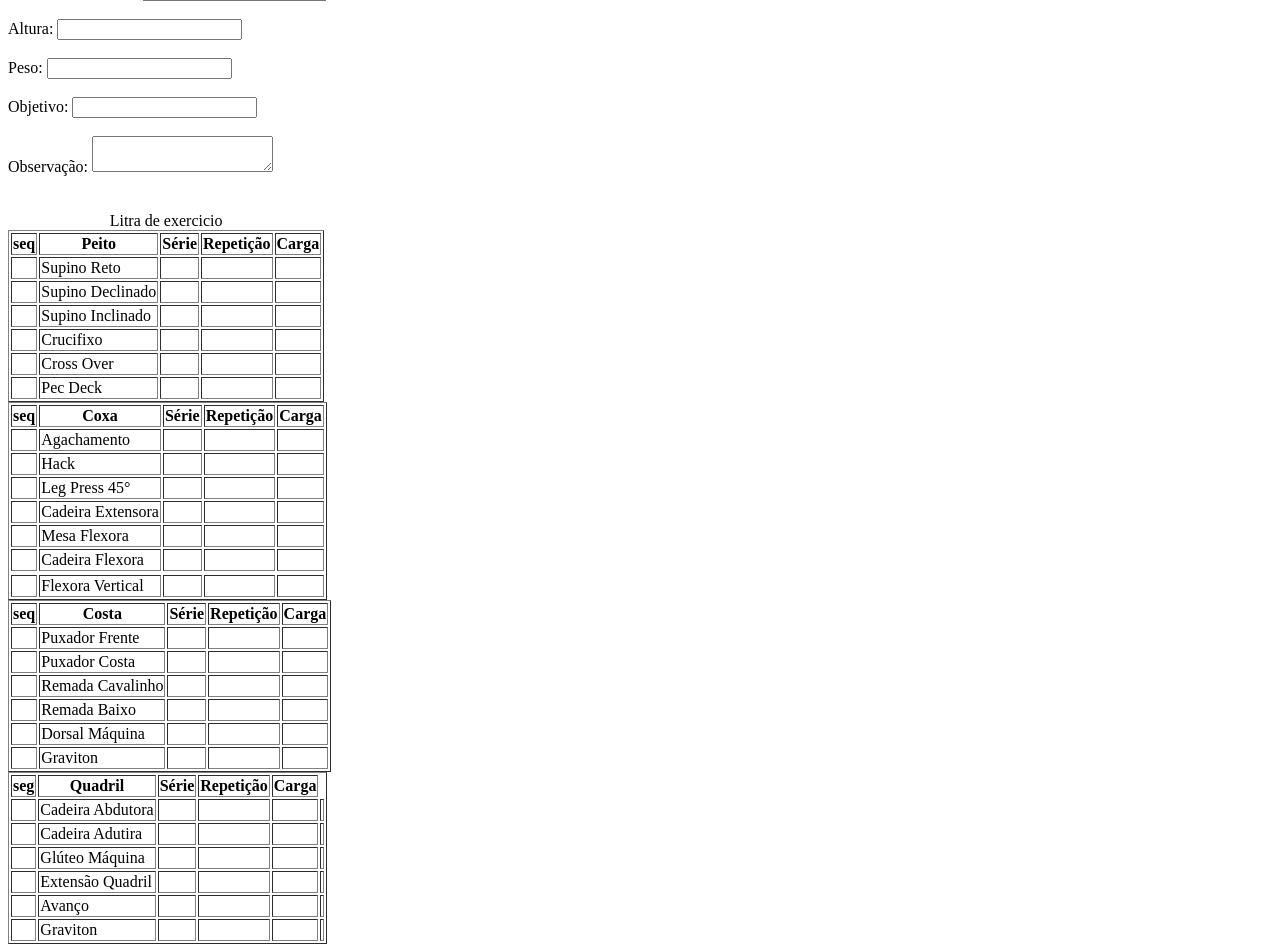
Repository: luisjonson/ProjetoWebAcademia
Page: Projeto_Web/RepositorioWebProject/WebContent/FichaAluno.html
The author's editor kept a copy of each file at every save. The page is drawn from the files as they stood at one save, then again after the next save.
The browser window is 1280 px wide. The pictures show the part of the page from y = 470 to 1422 px (the page is 1422 px tall before and 1406 px after).
A picture or video elsewhere on the page could not be fetched, so the positions and the page height are approximate.

Above is the page before, as saved 2017-04-06 01:33:42.

After the next save:
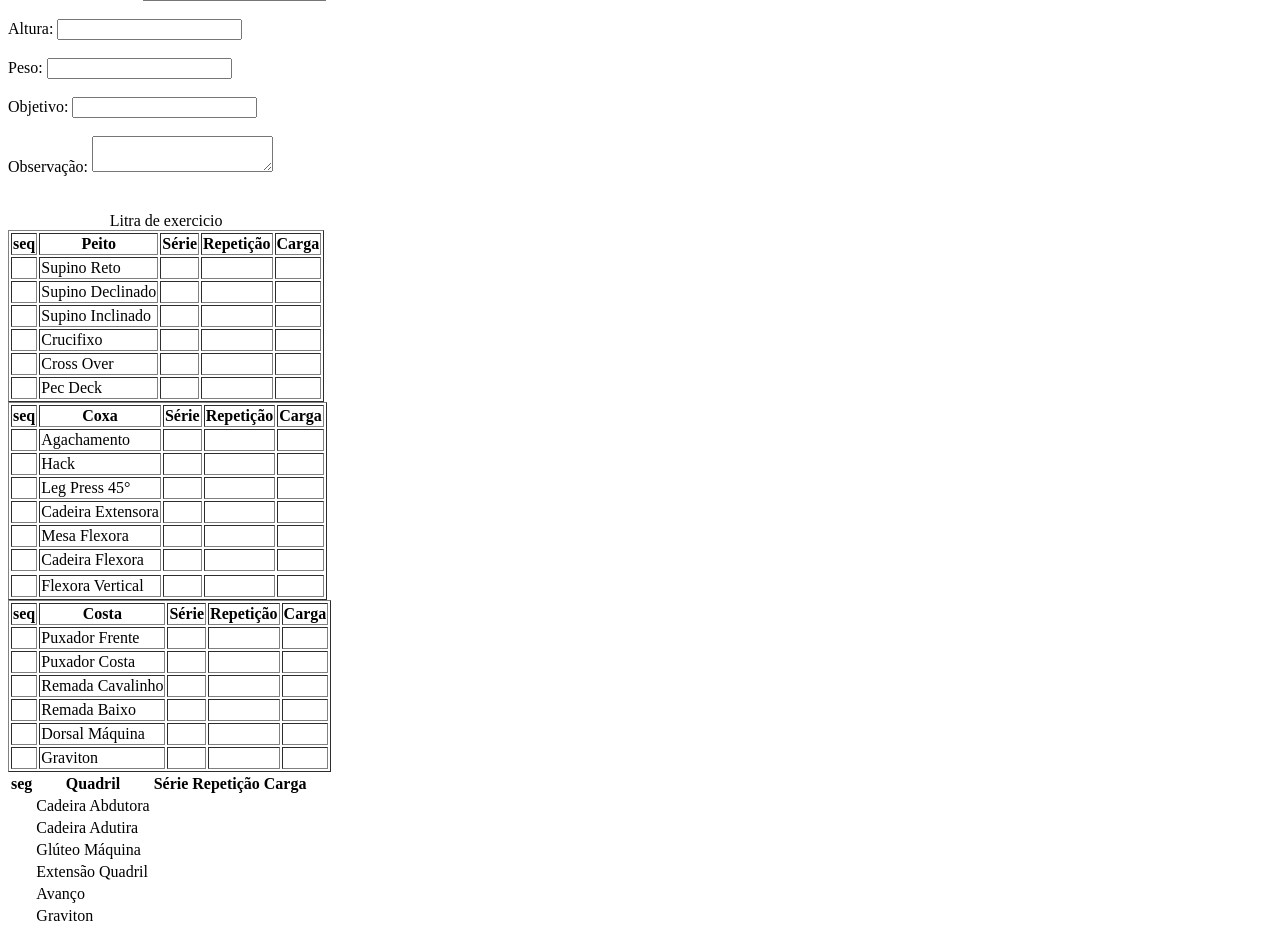
Saved 112 s later.
--- a/Projeto_Web/RepositorioWebProject/WebContent/FichaAluno.html
+++ b/Projeto_Web/RepositorioWebProject/WebContent/FichaAluno.html
@@ -217,7 +217,7 @@
 		</table>
 	</table>
 
-	<table border="1">
+	<table  class="trabalho>   border="1">
 
 		<tr>
 			<th>seg</th>

After the save that followed:
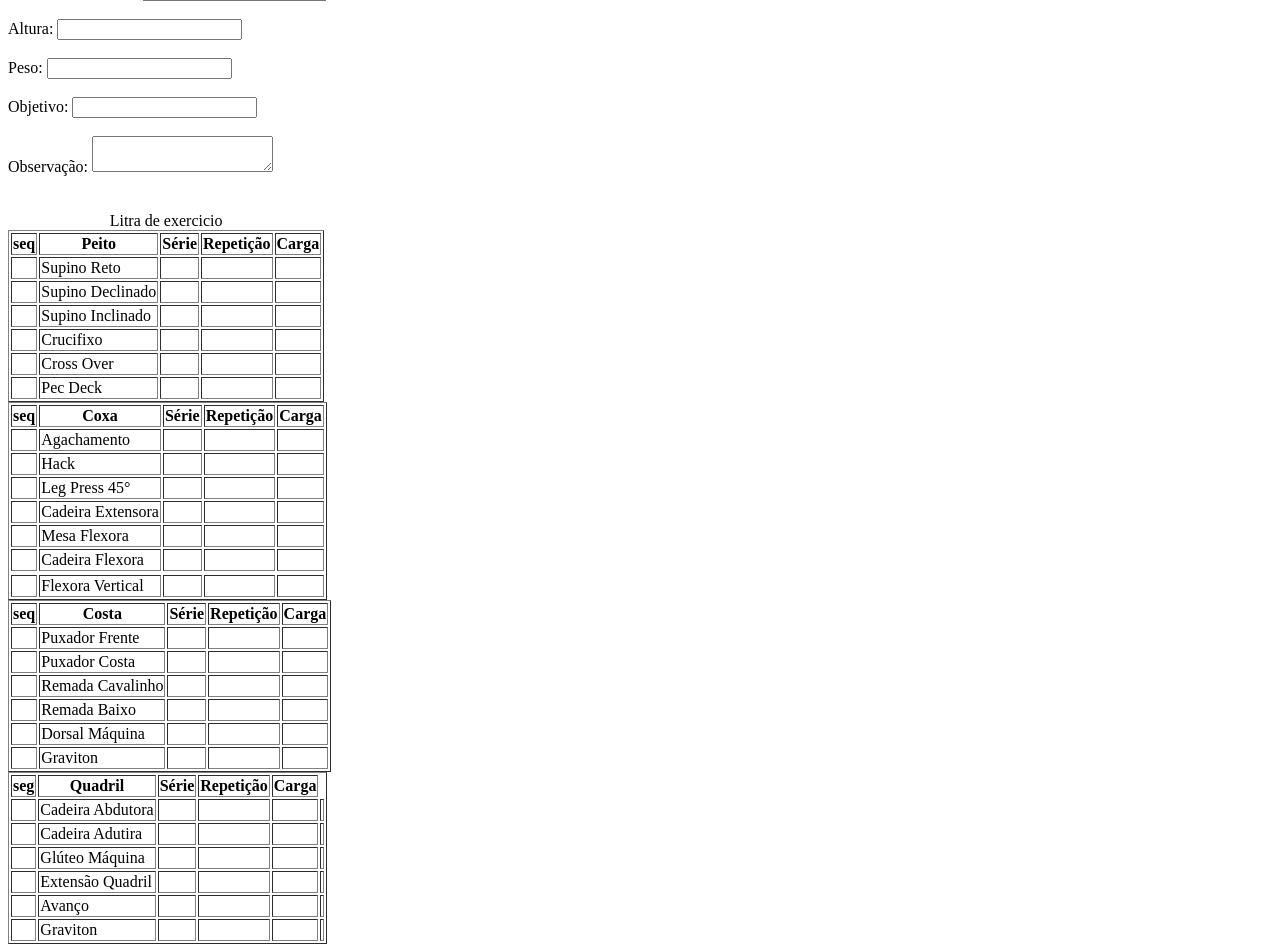
Saved 8 s later.
--- a/Projeto_Web/RepositorioWebProject/WebContent/FichaAluno.html
+++ b/Projeto_Web/RepositorioWebProject/WebContent/FichaAluno.html
@@ -217,7 +217,7 @@
 		</table>
 	</table>
 
-	<table  class="trabalho>   border="1">
+	<table  class="trabalho>"   border="1">
 
 		<tr>
 			<th>seg</th>
